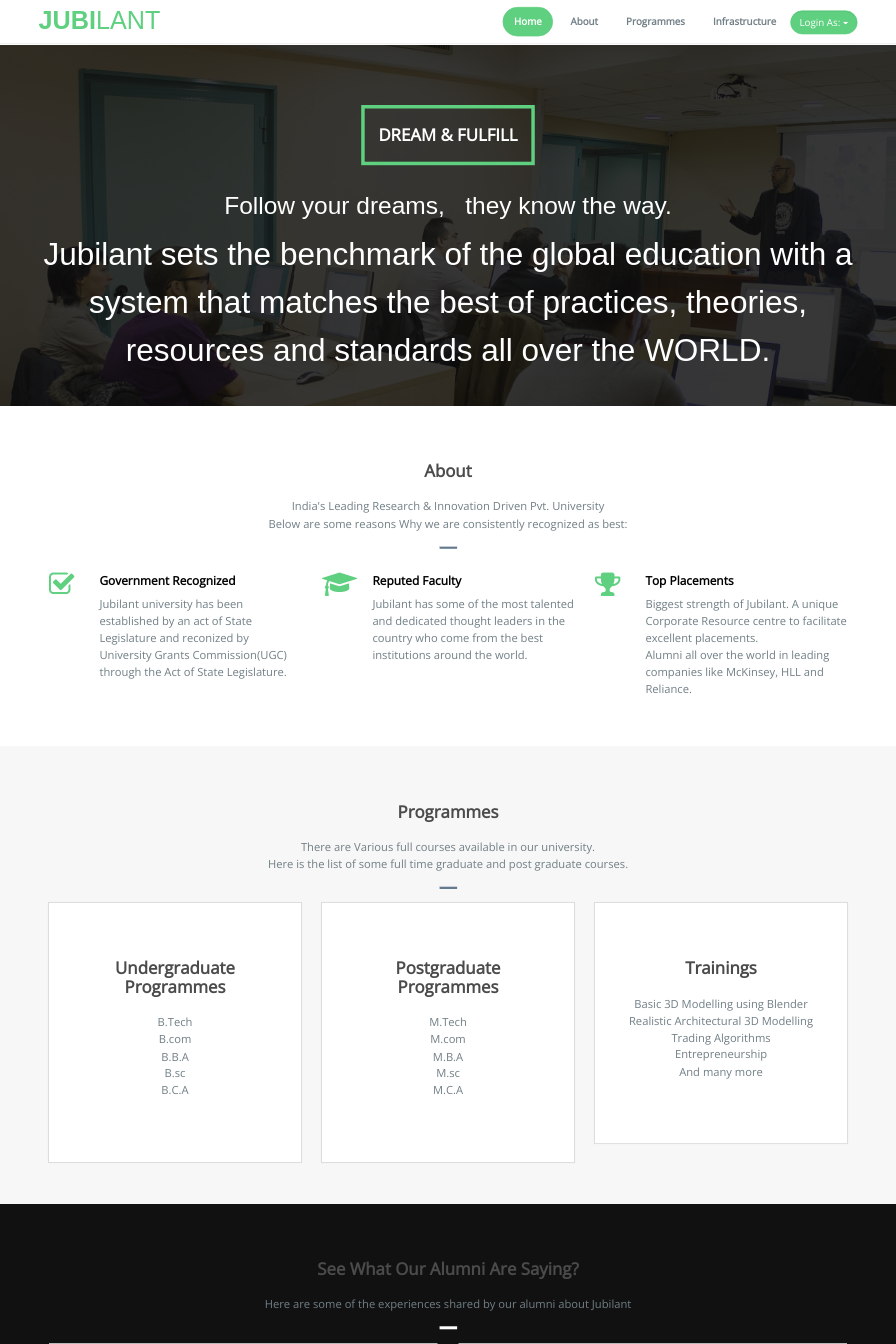
Repository: GauravC8/UMS
Page: http://localhost/login/WEB-INF/index.jsp
These files come from the project's save history. The page is drawn as it stood at one moment and after the next save; the edit follows.
The browser window is 1280 px wide. The pictures show the part of the page from y = 0 to 1920 px (the page is 3363 px tall), at 70% of full size.
Some web fonts or font styles are not loaded; a fallback is used. The page is served by Tomcat 9. Nobody is signed in. The template is opened directly, without the code that normally fills it, so the values that code supplies are empty.

Above is the page before, as saved 2019-04-08 11:08:16.

After the next save:
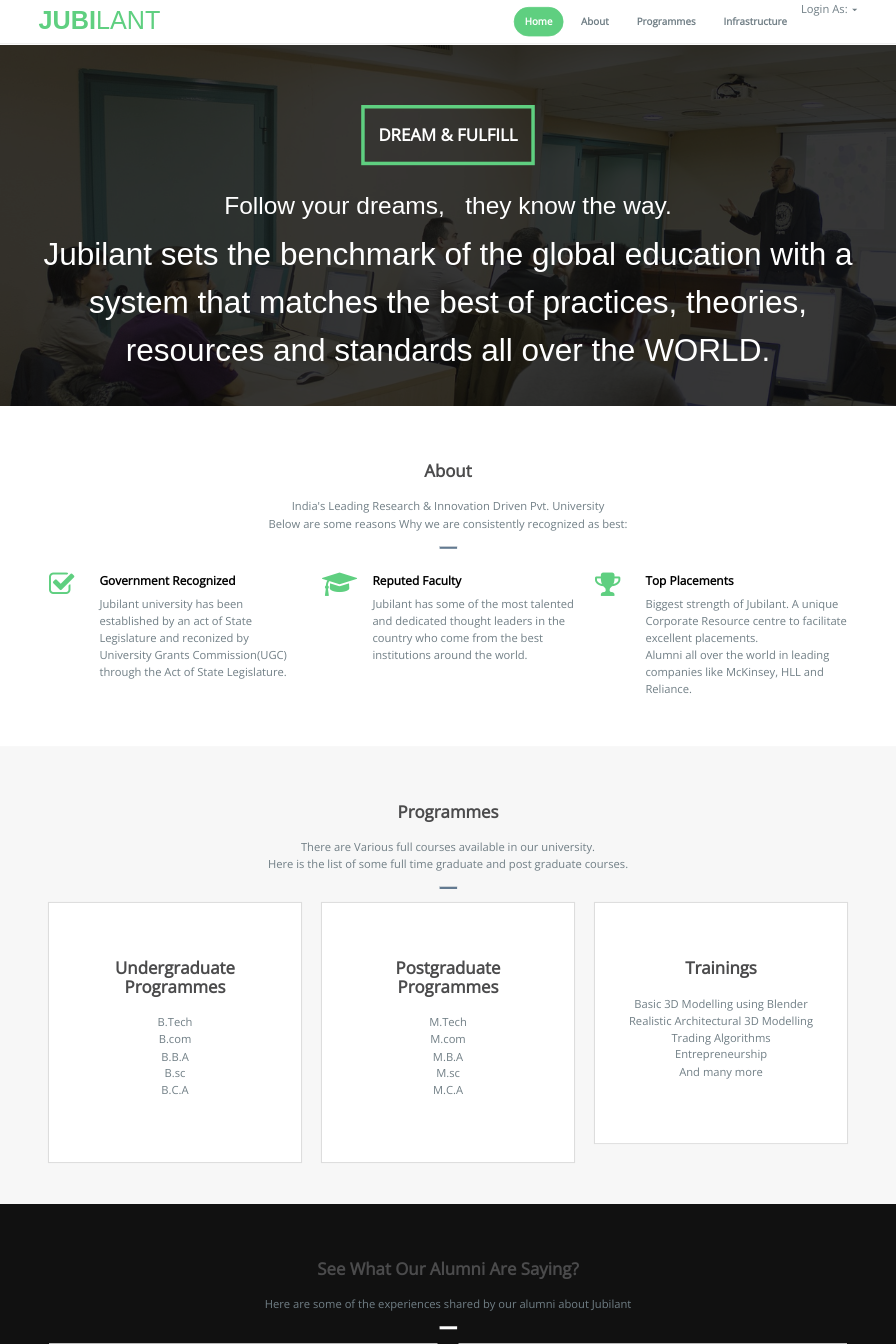
Saved 22 s later.
--- a/login/src/main/webapp/WEB-INF/index.jsp
+++ b/login/src/main/webapp/WEB-INF/index.jsp
@@ -40,10 +40,9 @@
 					<li><a href="#infrasturcture">Infrastructure</a></li>
 					<li>
 						<div class="dropdown">
-							<button class="btn btn-default dropdown-toggle form-control"
-								type="button" id="menu1" data-toggle="dropdown">
+
 								Login As: <span class="caret"></span>
-							</button>
+
 							<ul class="dropdown-menu" role="menu" aria-labelledby="menu1">
 								<li role="presentation"><a role="menuitem" tabindex="-1"
 									href="user/loginForm">Student</a></li>

After the save that followed:
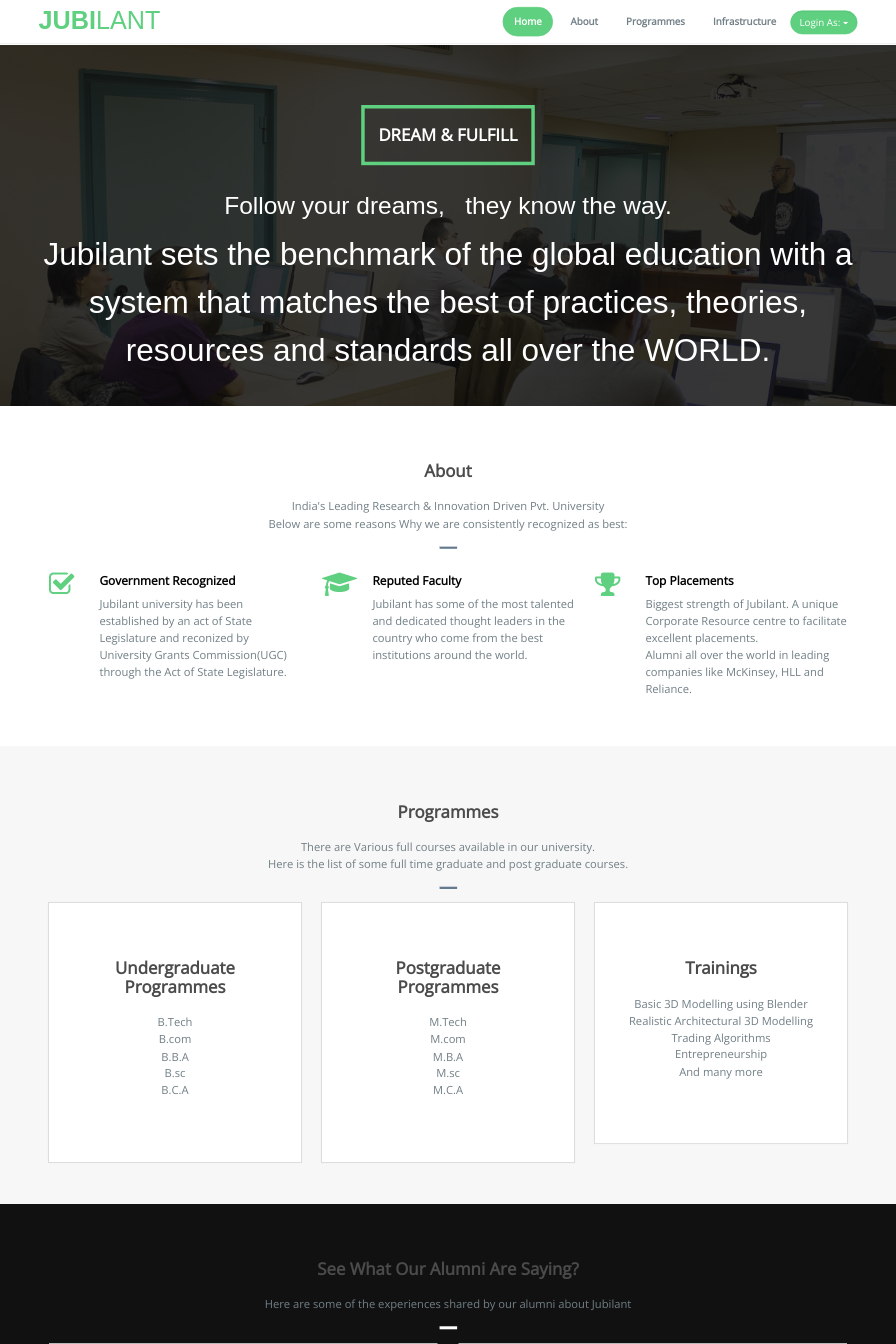
Saved 2 min 24 s later.
--- a/login/src/main/webapp/WEB-INF/index.jsp
+++ b/login/src/main/webapp/WEB-INF/index.jsp
@@ -40,9 +40,10 @@
 					<li><a href="#infrasturcture">Infrastructure</a></li>
 					<li>
 						<div class="dropdown">
-
+							<button class="btn btn-default dropdown-toggle form-control"
+								type="button" id="menu1" data-toggle="dropdown">
 								Login As: <span class="caret"></span>
-
+							</button>
 							<ul class="dropdown-menu" role="menu" aria-labelledby="menu1">
 								<li role="presentation"><a role="menuitem" tabindex="-1"
 									href="user/loginForm">Student</a></li>
